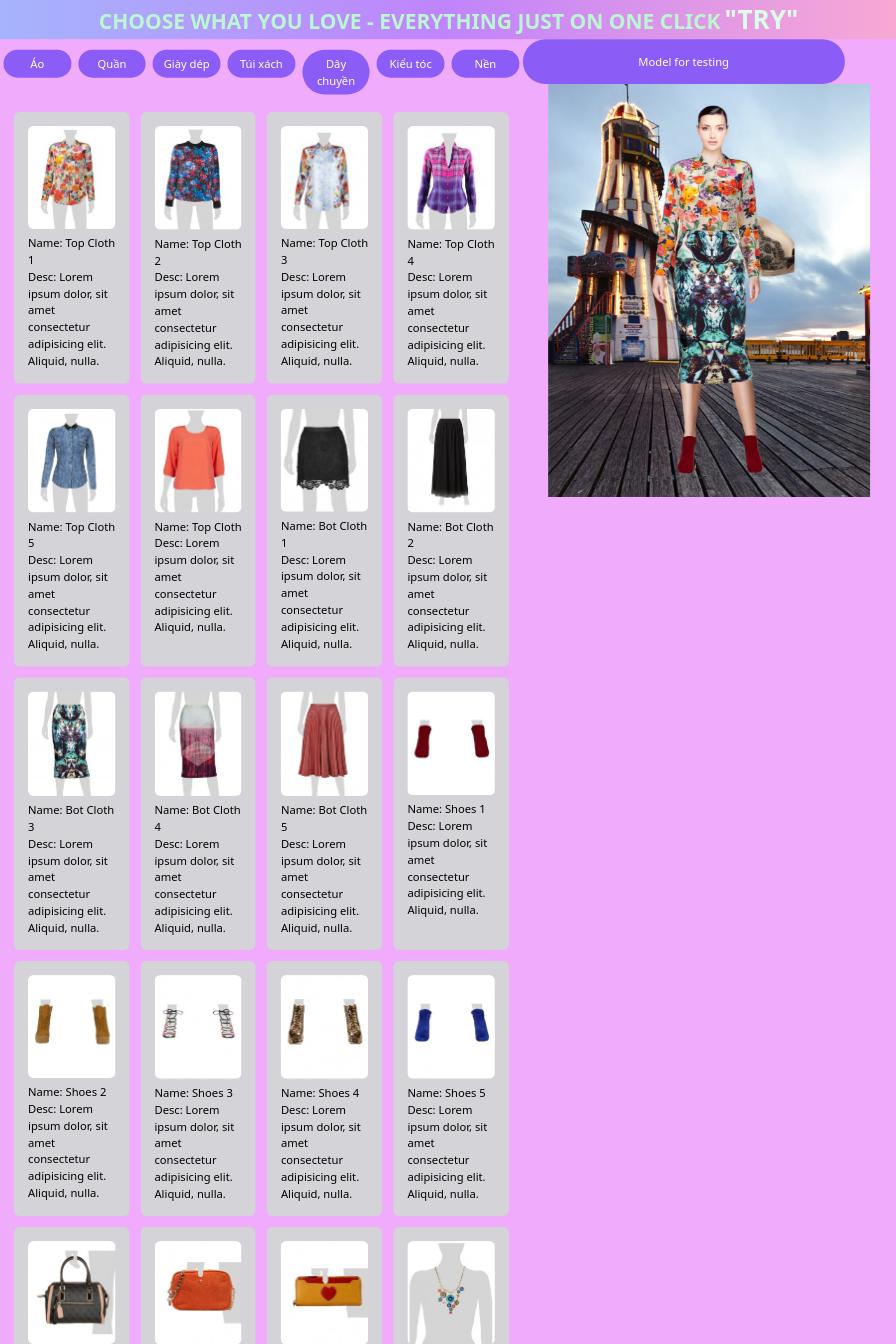
Repository: NguyenVietPhuQuy/ReactJs-TailWind-Redux-FunctionHook-ModelDesign
Page: / (app in modeldesign/)
These files come from the project's save history. The page is drawn as it stood at one moment and after a run of saves; the edit follows.
The browser window is 1280 px wide. The pictures show the part of the page from y = 0 to 1920 px (the page is 3468 px tall before and 3451 px after), at 70% of full size.
The project was rebuilt for these pictures with package versions that can differ from the ones it lists, and the page was loaded fresh each time. Also part of the build but not shown: modeldesign/src/App.css.

Above is the page before, as saved 2022-11-17 16:46:08.

After the next 4 saves:
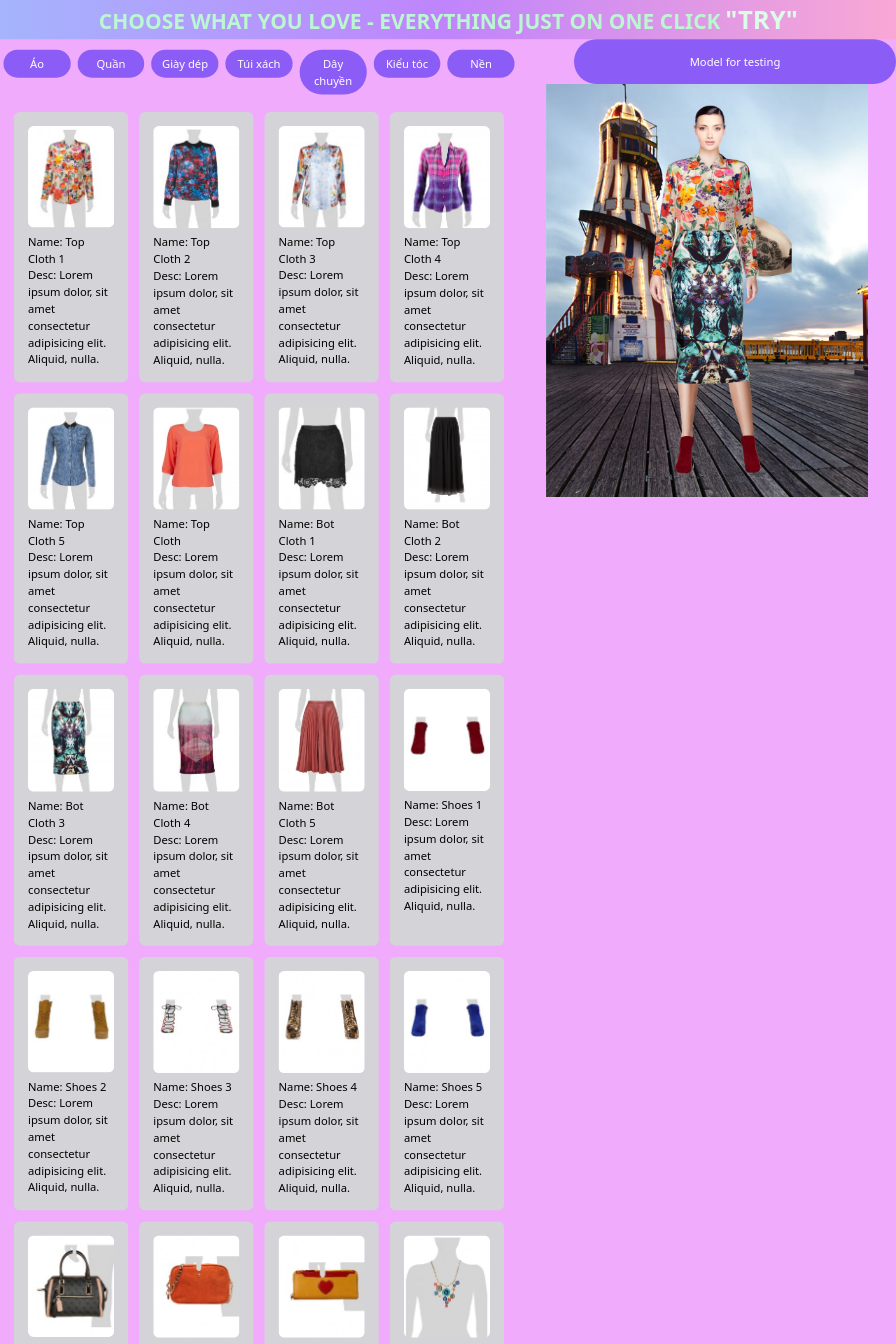
The 4 saves are shown as one change because they came seconds apart.
The last was saved 26 s later.
--- a/modeldesign/src/Components/Model.js
+++ b/modeldesign/src/Components/Model.js
@@ -6,7 +6,7 @@ function Model() {
             <div className="text-center p-5 rounded-full text-white hover:text-pink-100
                          bg-violet-500 hover:bg-violet-600 active:bg-violet-700 focus:outline-none
                          ease-in duration-200 justify-center items-center flex "
-                 style={{width:460}}
+                 style={{width:460, marginLeft: 80}}
                          >Model for testing</div>
             <div className="contain  " style={{ backgroundImage: `url(/images/background/background1.jpg)` }}>
                 <div className="body" style={{ backgroundImage: "url(images/allbody/bodynew.png)" }} />
